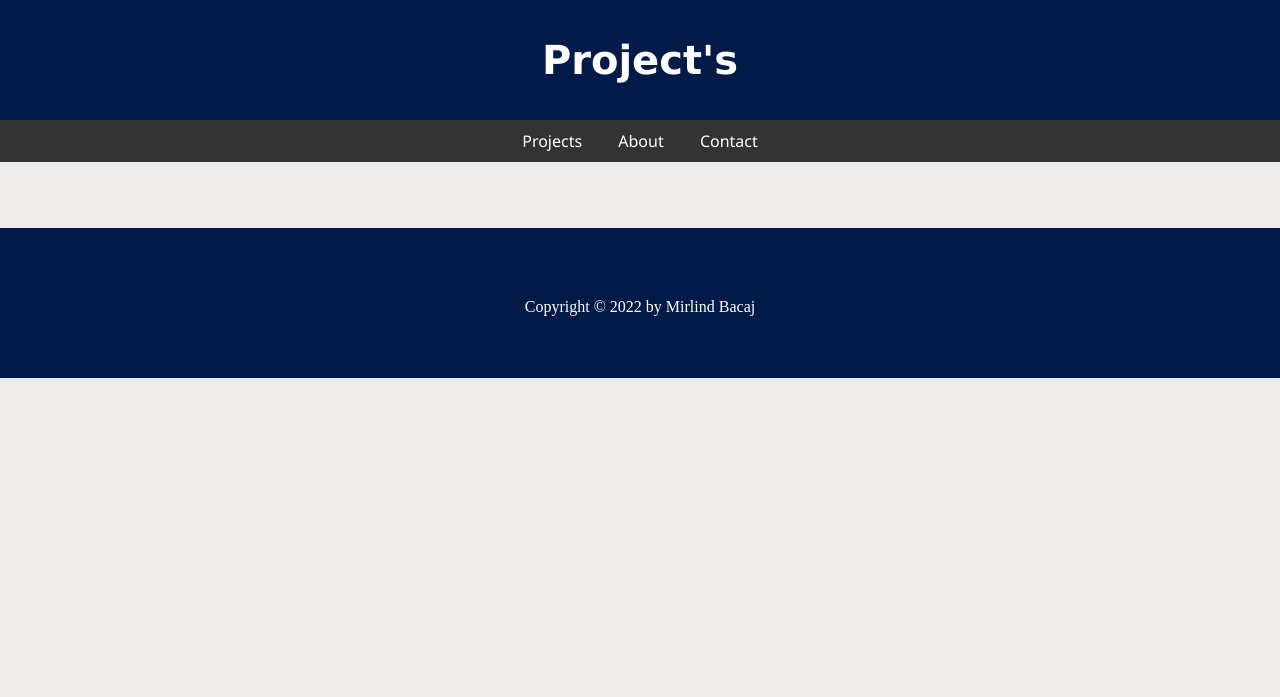
Repository: mirkbirki/mirkbirki.github.io
Page: projects.html
The author's editor kept a copy of each file at every save. The page is drawn from the files as they stood at one save, then again after the next save.
The browser window is 1280 px wide. The pictures show the whole page.

Above is the page before, as saved 2022-10-25 13:16:30.

After the next save:
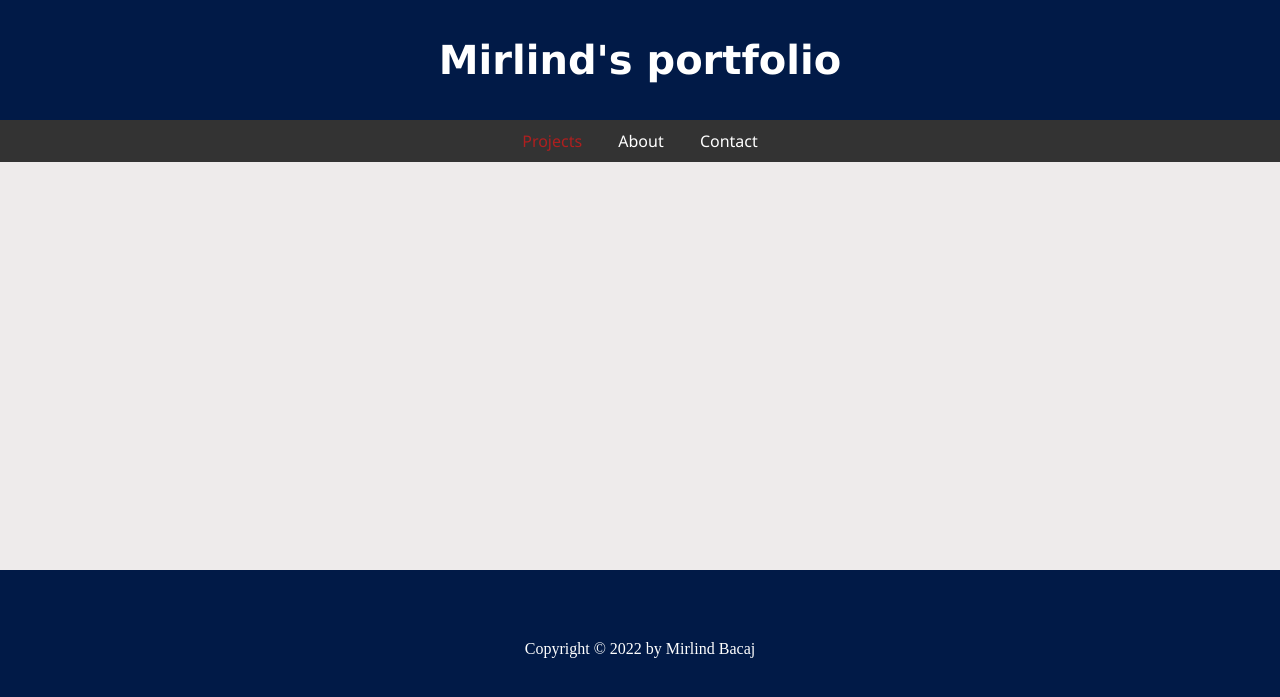
Saved 1 s later.
--- a/projects.html
+++ b/projects.html
@@ -8,11 +8,11 @@
 </head>
 <body>
 <header>
-    <h1>Project's</h1>
+    <h1><a href="index.html">Mirlind's portfolio</a></h1>
 </header>
 <nav>
     <ul>
-        <li><a href="projects.html">Projects</a></li>
+        <li><a class="active" href="projects.html">Projects</a></li>
         <li><a href="#news">About</a></li>
         <li><a href="#contact">Contact</a></li>
     </ul>
--- a/styles.css
+++ b/styles.css
@@ -53,6 +53,14 @@ li a:hover {
     background-color: rgb(175, 31, 31);
 }
 
+.active {
+    color:rgb(175, 31, 31);
+}
+
+.active:hover {
+    background-color: #333;
+}
+
 .container {
     border-top: 2px solid black;
     border-bottom: 2px solid black;
@@ -86,10 +94,12 @@ img {
 
 .footer {
     background-color: rgb(1, 26, 71);
-    margin-top: 66px;
     height: 150px;
     color: white;
     text-align: center;
+    bottom: 0;
+    position: absolute;
+    width: 100%;
 }
 
 footer a{
